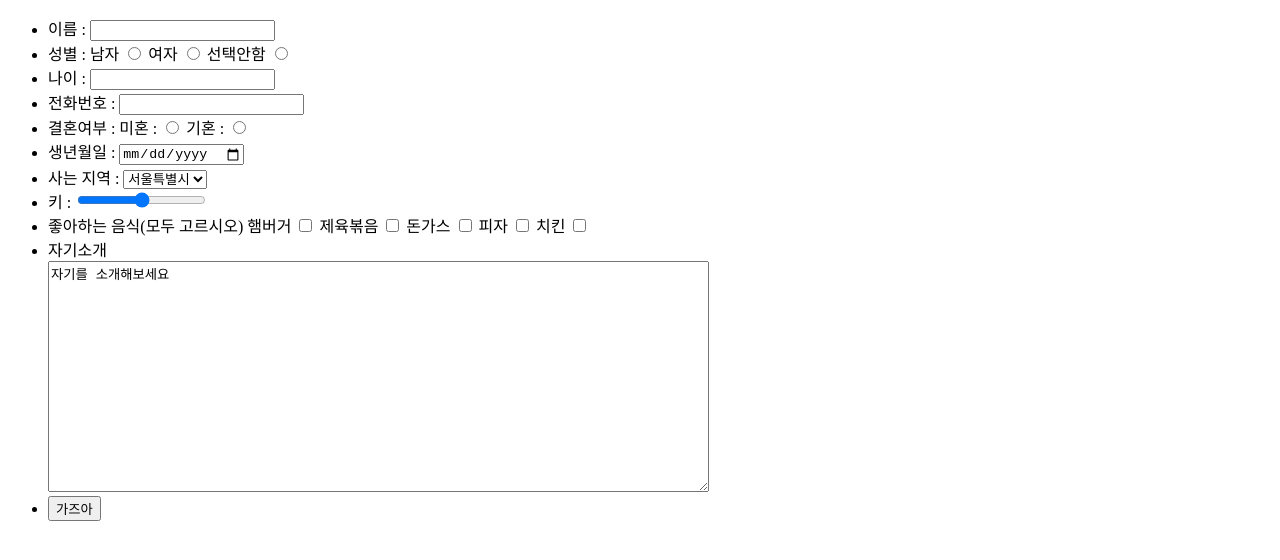
Repository: ghksl0204-shapa/dynamic-web
Page: MyFirstWebProject/src/main/webapp/views/request_get2.html
These files come from the project's save history. The page is drawn as it stood at one moment and after the next save; the edit follows.
The browser window is 1280 px wide. The pictures show the whole page.

Above is the page before, as saved 2026-05-04 08:30:37.

After the next save:
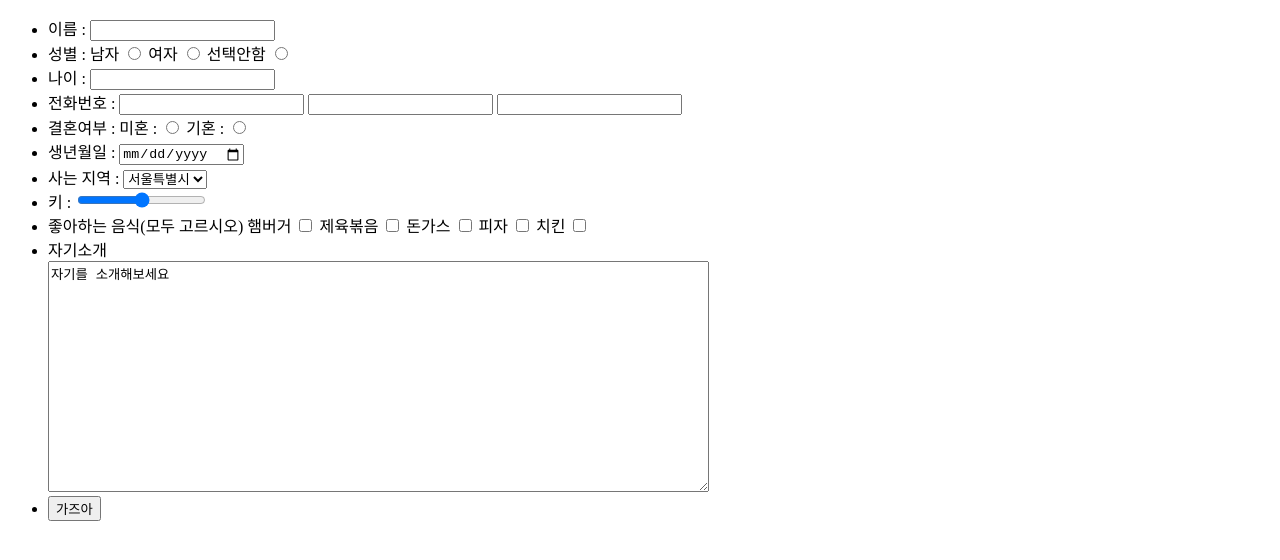
Saved 32 s later.
--- a/MyFirstWebProject/src/main/webapp/views/request_get2.html
+++ b/MyFirstWebProject/src/main/webapp/views/request_get2.html
@@ -21,7 +21,7 @@
 				나이 : <input type="number" name="age" />
 			</li>
 			<li>
-				전화번호 : <input type="number" name="phonenumber" />
+				전화번호 : <input type="number" name="phonenumber" /> <input type="number" name="phonenumber" /> <input type="number" name="phonenumber" />
 			</li>
 			<li>
 				결혼여부 :
